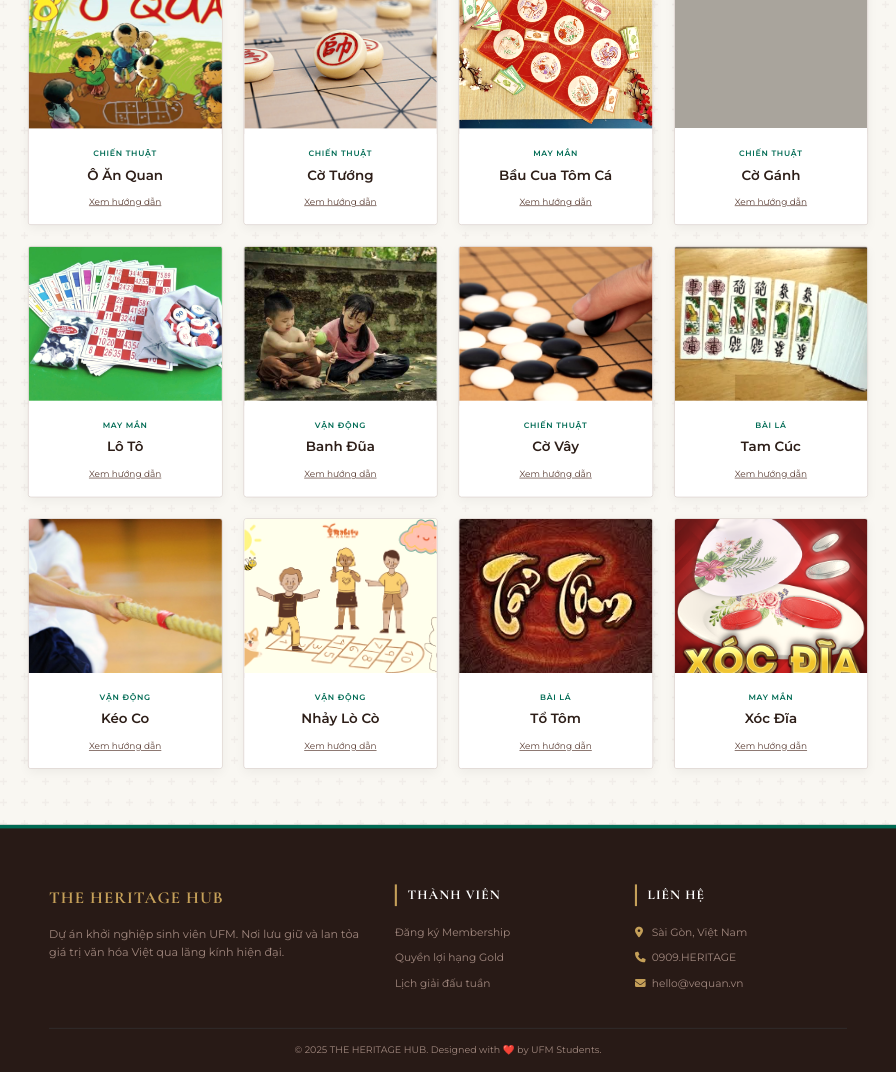
Repository: Lukas952003/Project-The-Heritage-Hub-Coffee-Marketing
Page: games.html
These files come from the project's save history. The page is drawn as it stood at one moment and after the next save; the edit follows.
The browser window is 1280 px wide. The pictures show the part of the page from y = 689 to 2609 px (the page is 2220 px tall before and 2609 px after), at 70% of full size.
Pictures or frames that could not be fetched are drawn as grey boxes. Backgrounds fixed to the window are drawn as part of the page.

Above is the page before, as saved 2025-12-29 11:17:10.

After the next save:
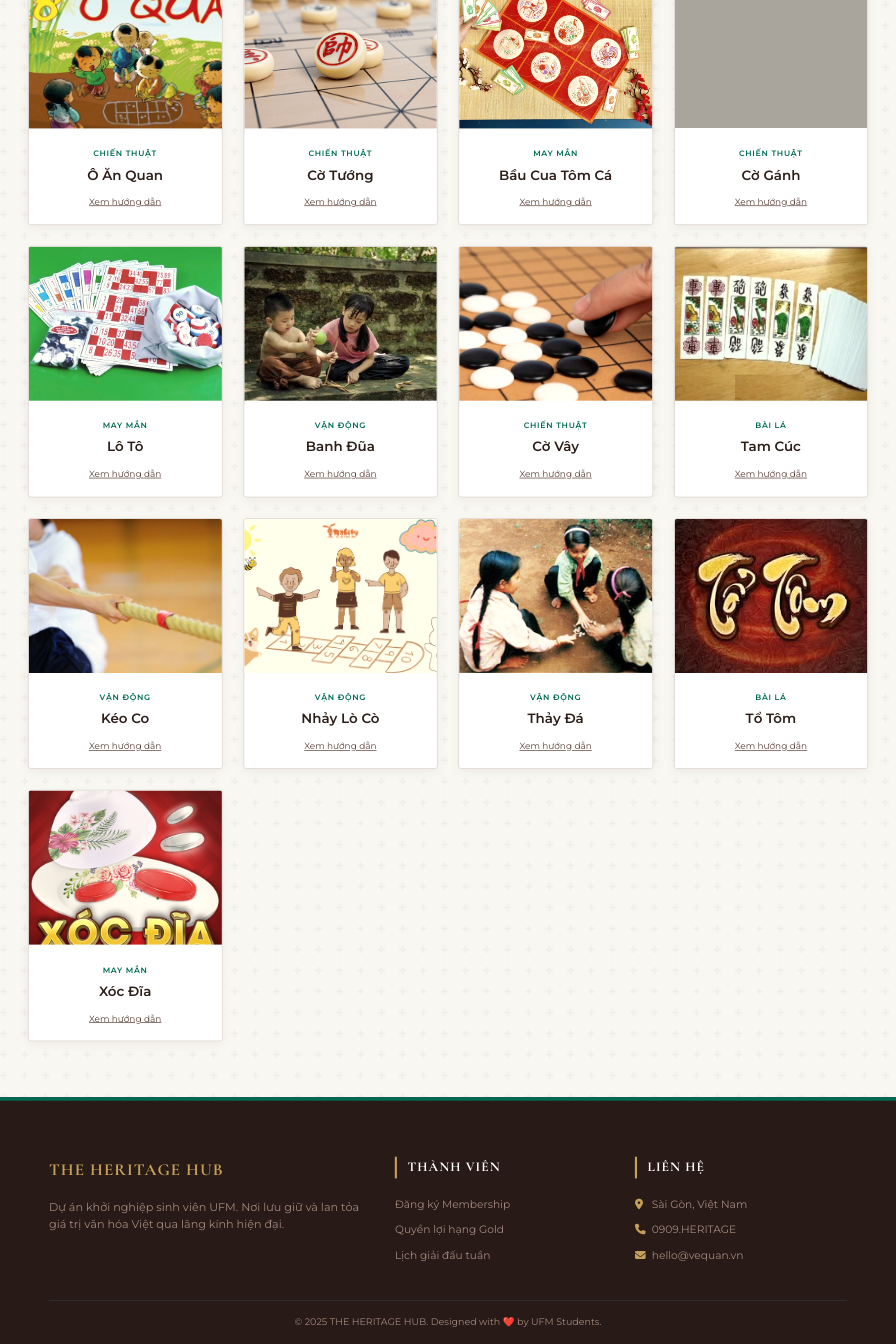
Saved 2 min 17 s later.
--- a/games.html
+++ b/games.html
@@ -694,6 +694,22 @@
           </div>
         </div>
 
+        <div
+          class="game-card"
+          data-cat="van-dong"
+          onclick="openModal(this)"
+          data-title="Thảy Đá (Chơi Sỏi)"
+          data-img="./img/game-thay-da.jpg"
+          data-desc="Trò chơi dân gian quen thuộc với viên sỏi nhỏ. Rèn luyện sự khéo léo, phản xạ và tính kiên nhẫn."
+        >
+          <img src="./img/game-thay-da.jpg" class="game-thumb" />
+          <div class="game-info">
+            <span class="game-tag">Vận Động</span>
+            <div class="game-title">Thảy Đá</div>
+            <span class="btn-play">Xem hướng dẫn</span>
+          </div>
+        </div>
+
         <div class="game-card" data-cat="bai-la">
           <img src="./img/game-to-tom.jpg" class="game-thumb" />
           <div class="game-info">
